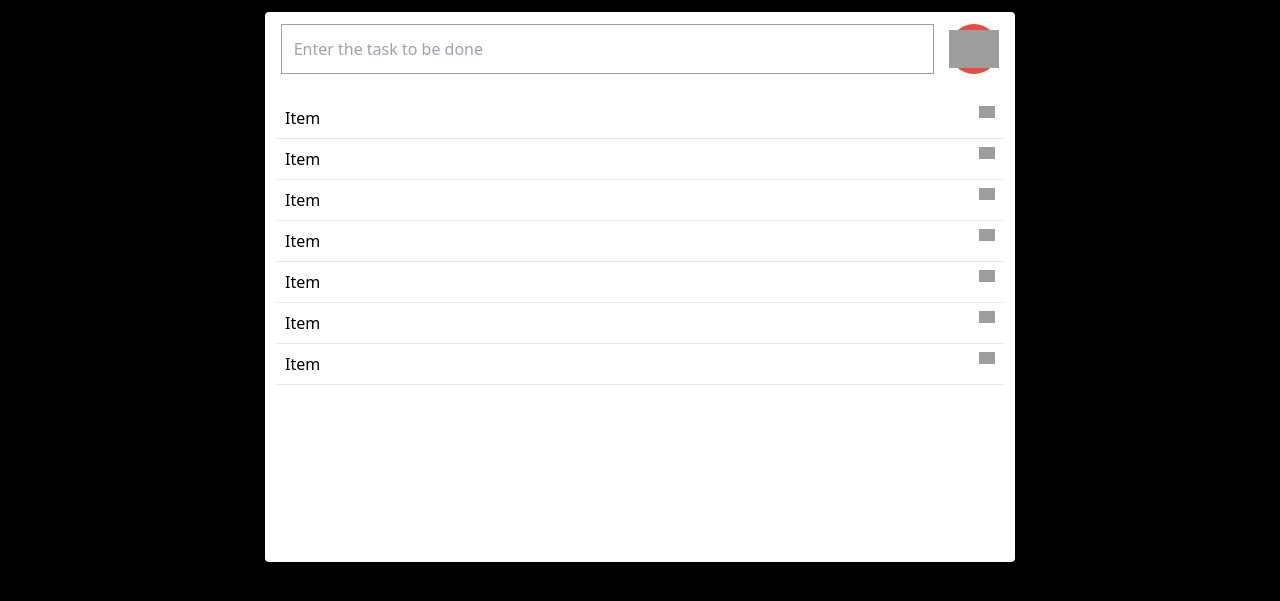
Repository: duttasayan835/todo-app-with-React-and-tailwind-CSS
Page: /, after clicking the first element matching `div.cursor-pointer`
The author's editor kept a copy of each file at every save. The page is drawn from the files as they stood at one save, then again after the next save.
The browser window is 1280 px wide. The pictures show the whole page.
Pictures or frames that could not be fetched are drawn as grey boxes. The project was rebuilt for these pictures with package versions that can differ from the ones it lists, and the page was loaded fresh each time.

Above is the page before, as saved 2024-06-12 13:07:44.

After the next save:
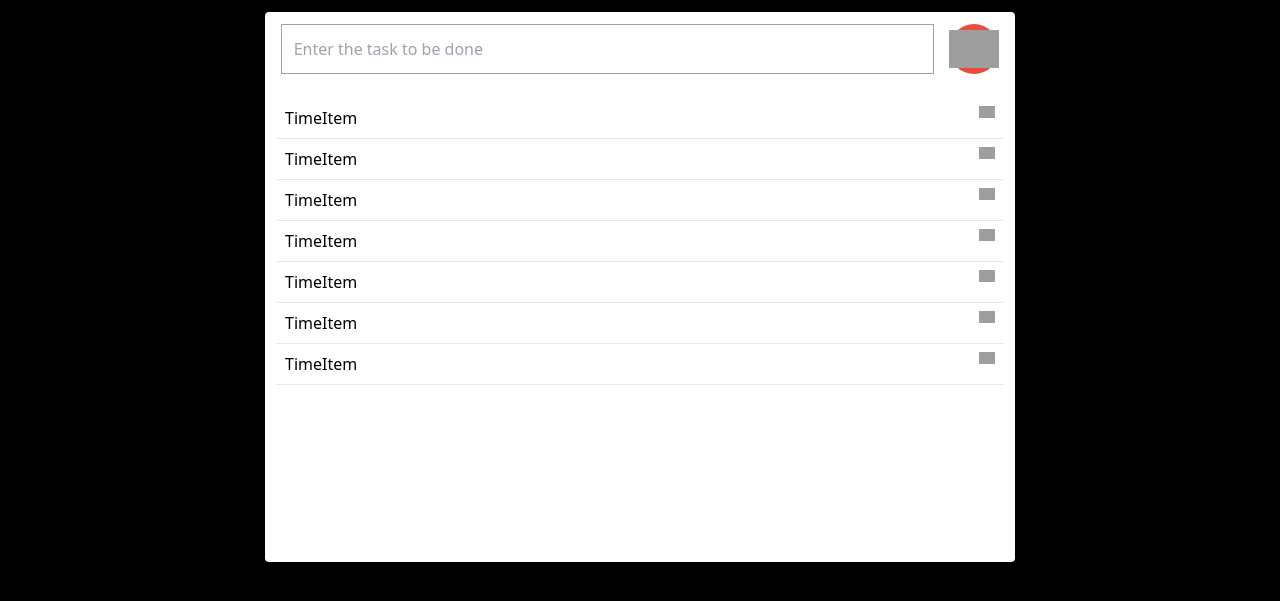
Saved 12 s later.
--- a/src/Components/Item.jsx
+++ b/src/Components/Item.jsx
@@ -4,6 +4,7 @@ export default function Item() {
   return (
     <div className="flex justify-between w-full p-2 border-b">
       <div className="">
+        <span>Time</span>
         <span>Item</span>
       </div>
       <div>
